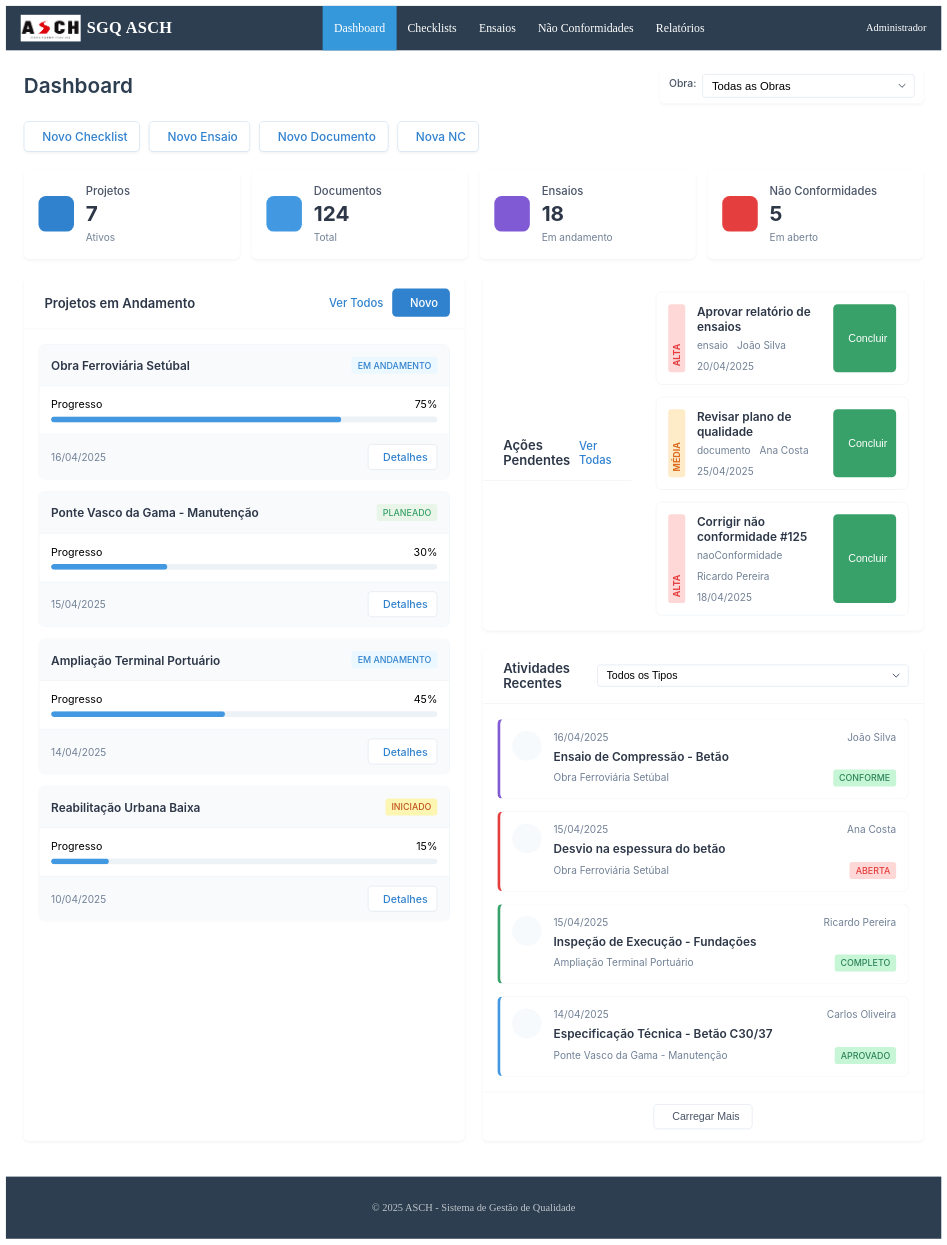
Repository: aschinfraestructuras/asch-quality-system
Page: / (app in client/)
An editor plug-in stored every save of this project. The page is shown before and after a run of saves, followed by the edit.
The browser window is 1280 px wide. The pictures show the whole page, at 74% of full size.
The project was rebuilt for these pictures with package versions that can differ from the ones it lists, and the page was loaded fresh each time. Also part of the build but not shown: client/vite.config.ts, client/src/styles/Checklists.css, client/src/styles/NewChecklist.css, client/src/pages/NewChecklist.tsx, client/src/styles/ViewChecklist.css, client/src/styles/EvidenceUploader.css, client/src/components/EvidenceUploader.tsx, client/src/pages/ViewChecklist.tsx and 29 more. Imported but missing from the stored project, and not drawn on this page: client/src/pages/NewDocumento, client/src/pages/NewRFI, client/src/pages/ViewRFI.

Above is the page before, as saved 2025-04-18 13:20:42.

### client/index.html
<!DOCTYPE html>
<html lang="pt-PT">
  <head>
    <meta charset="UTF-8" />
    <link rel="icon" type="image/svg+xml" href="/favicon.ico" />
    <meta name="viewport" content="width=device-width, initial-scale=1.0" />
    <title>Sistema de Gestão de Qualidade ASCH</title>
  </head>
  <body>
    <div id="root"></div>
    <script type="module" src="/src/main.tsx"></script>
  </body>
</html>

### client/src/main.tsx
import React from 'react';
import ReactDOM from 'react-dom/client';
import App from './App';
// import './index.css';

// Obter o elemento root e verificar se existe
const rootElement = document.getElementById('root');

// Verificar se o elemento existe antes de criar a raiz
if (rootElement) {
  ReactDOM.createRoot(rootElement).render(
    <React.StrictMode>
      <App />
    </React.StrictMode>
  );
} else {
  console.error('Elemento com ID "root" não encontrado no DOM!');
}

### client/src/App.tsx

import React from 'react';
import { BrowserRouter, Routes, Route, Navigate } from 'react-router-dom';
import DashboardV2 from './pages/DashboardV2';
import Checklists from './pages/Checklists';
import EnsaioRoutes from './components/EnsaioRoutes';
import NaoConformidadesRoutes from './components/NaoConformidadesRoutes';
import DocumentosRoutes from './components/DocumentosRoutes'; // Nova importação
import Relatorios from './pages/Relatorios';
import Navbar from './components/Navbar';
import './styles/App.css';

const App: React.FC = () => {
  return (
    <BrowserRouter>
      <div className="app-container">
        {/* Barra de Navegação */}
        <header>
          <Navbar />
        </header>

        {/* Conteúdo Principal */}
        <main className="content-container">
          <Routes>
            {/* Redireciona "/" para "/dashboard" */}
            <Route path="/" element={<Navigate to="/dashboard" replace />} />
            <Route path="/dashboard" element={<DashboardV2 />} />
            <Route path="/checklists/*" element={<Checklists />} />
            <Route path="/ensaios/*" element={<EnsaioRoutes />} />
            <Route path="/nao-conformidades/*" element={<NaoConformidadesRoutes />} />
            <Route path="/documentos/*" element={<DocumentosRoutes />} /> {/* Nova rota */}
            <Route path="/relatorios/*" element={<Relatorios />} />

            {/* Página não encontrada */}
            <Route path="*" element={<h1 style={{ padding: '2rem' }}>Página não encontrada</h1>} />
          </Routes>
        </main>

        {/* Rodapé */}
        <footer className="app-footer">
          <p>© 2025 ASCH - Sistema de Gestão de Qualidade</p>
        </footer>
      </div>
    </BrowserRouter>
  );
};

export default App;

### client/src/components/Navbar.tsx

import { Link, useLocation } from 'react-router-dom';
import '../styles/Navbar.css';
import logoASCH from '../assets/logo-asch.png';

const Navbar = () => {
  const location = useLocation();

  const isActive = (path: string) => {
    if (path === '/') {
      return location.pathname === '/' || location.pathname === '/dashboard';
    }
    return location.pathname.startsWith(path);
  };

  return (
    <nav className="navbar">
      <div className="navbar-brand">
        <Link to="/" className="logo-link">
          <img src={logoASCH} alt="ASCH Logo" className="logo-img" />
          <span className="logo-text">SGQ ASCH</span>
        </Link>
      </div>

      <ul className="navbar-menu">
        <li className={isActive('/dashboard') ? 'active' : ''}>
          <Link to="/dashboard">Dashboard</Link>
        </li>
        <li className={isActive('/checklists') ? 'active' : ''}>
          <Link to="/checklists">Checklists</Link>
        </li>
        <li className={isActive('/ensaios') ? 'active' : ''}>
          <Link to="/ensaios">Ensaios</Link>
        </li>
        <li className={isActive('/nao-conformidades') ? 'active' : ''}>
          <Link to="/nao-conformidades">Não Conformidades</Link>
        </li>
        <li className={isActive('/relatorios') ? 'active' : ''}>
          <Link to="/relatorios">Relatórios</Link>
        </li>
      </ul>

      <div className="navbar-user">
        <span>Administrador</span>
      </div>
    </nav>
  );
};

export default Navbar;

### client/src/styles/App.css
/* Cores do Sistema conforme especificação */
:root {
  --primary-color: #2C3E50;
  --secondary-color: #95A5A6;
  --success-color: #27AE60;
  --danger-color: #E74C3C;
  --warning-color: #F39C12;
  --info-color: #3498DB;
  --light-color: #ECF0F1;
  --dark-color: #34495E;
  --shadow: 0 4px 6px rgba(0, 0, 0, 0.1);
}

.app {
  display: flex;
  flex-direction: column;
  min-height: 100vh;
  background-color: #F5F7FA;
}

/* Header e Navegação */
.app-header {
  background-color: var(--primary-color);
  color: white;
  padding: 0 20px;
  display: flex;
  justify-content: space-between;
  align-items: center;
  height: 64px;
  box-shadow: var(--shadow);
  position: sticky;
  top: 0;
  z-index: 100;
}

.logo {
  display: flex;
  align-items: center;
}

.logo-text {
  font-size: 22px;
  font-weight: 700;
  letter-spacing: 0.5px;
}

.main-nav {
  display: flex;
  gap: 5px;
  height: 100%;
}

.main-nav a {
  color: rgba(255, 255, 255, 0.85);
  text-decoration: none;
  padding: 0 15px;
  font-size: 15px;
  display: flex;
  align-items: center;
  height: 100%;
  transition: all 0.2s;
  position: relative;
}

.main-nav a:hover {
  color: white;
  background-color: rgba(255, 255, 255, 0.1);
}

.main-nav a.active {
  color: white;
  font-weight: 500;
}

.main-nav a.active::after {
  content: '';
  position: absolute;
  bottom: 0;
  left: 0;
  width: 100%;
  height: 3px;
  background-color: var(--info-color);
}

.user-menu {
  display: flex;
  align-items: center;
  gap: 10px;
}

.user-info {
  display: flex;
  flex-direction: column;
  align-items: flex-end;
}

.user-name {
  font-size: 14px;
  font-weight: 500;
}

.user-role {
  font-size: 12px;
  color: rgba(255, 255, 255, 0.7);
}

.user-avatar {
  width: 36px;
  height: 36px;
  border-radius: 50%;
  background-color: var(--info-color);
  display: flex;
  align-items: center;
  justify-content: center;
  font-weight: 600;
  font-size: 16px;
}

/* Conteúdo principal */
.app-content {
  flex: 1;
  padding: 20px;
  max-width: 1600px;
  width: 100%;
  margin: 0 auto;
}

/* Footer */
.app-footer {
  background-color: var(--primary-color);
  color: rgba(255, 255, 255, 0.7);
  padding: 20px;
  text-align: center;
  font-size: 14px;
}

.footer-content {
  display: flex;
  justify-content: space-between;
  max-width: 1600px;
  margin: 0 auto;
}

/* Página de Erro 404 */
.not-found {
  text-align: center;
  padding: 50px 20px;
  max-width: 600px;
  margin: 50px auto;
  background-color: white;
  border-radius: 8px;
  box-shadow: var(--shadow);
}

.not-found h1 {
  color: var(--primary-color);
  font-size: 32px;
  margin-bottom: 20px;
}

.not-found p {
  color: var(--secondary-color);
  margin-bottom: 30px;
  font-size: 16px;
}

.btn-primary {
  display: inline-block;
  background-color: var(--primary-color);
  color: white;
  padding: 10px 20px;
  border-radius: 4px;
  text-decoration: none;
  font-weight: 500;
  transition: background-color 0.2s;
}

.btn-primary:hover {
  background-color: var(--dark-color);
}

/* Responsividade */
@media (max-width: 768px) {
  .app-header {
    flex-direction: column;
    height: auto;
    padding: 10px;
  }

  .main-nav {
    width: 100%;
    overflow-x: auto;
    margin: 10px 0;
  }

  .user-menu {
    width: 100%;
    justify-content: flex-end;
    padding: 10px 0;
  }

  .footer-content {
    flex-direction: column;
    gap: 10px;
  }
}

@media (max-width: 480px) {
  .main-nav a {
    padding: 0 10px;
    font-size: 14px;
  }

  .user-info {
    display: none;
  }
}

### client/src/styles/Navbar.css
/* Estilos para o componente Navbar */

.navbar {
  display: flex;
  align-items: center;
  justify-content: space-between;
  background-color: #2c3e50;
  padding: 0 20px;
  height: 60px;
  color: white;
}

.navbar-brand {
  display: flex;
  align-items: center;
  font-size: 20px;
  font-weight: 700;
}

.logo-link {
  display: flex;
  align-items: center;
  text-decoration: none;
}

.logo-img {
  height: 36px;
  margin-right: 8px;
  object-fit: contain;
}

.logo-text {
  font-size: 18px;
  font-weight: bold;
  color: white;
}

.navbar-menu {
  display: flex;
  list-style: none;
  margin: 0;
  padding: 0;
  height: 100%;
}

.navbar-menu li {
  height: 100%;
  display: flex;
  align-items: center;
}

.navbar-menu li a {
  color: white;
  text-decoration: none;
  padding: 0 15px;
  height: 100%;
  display: flex;
  align-items: center;
  transition: background-color 0.3s;
}

.navbar-menu li:hover a {
  background-color: #34495e;
}

.navbar-menu li.active a {
  background-color: #3498db;
}

.navbar-user {
  font-size: 14px;
}

/* Responsive styles - MOBILE */
@media (max-width: 768px) {
  .navbar {
    flex-direction: column;
    height: auto;
    padding: 10px;
  }

  .navbar-brand {
    margin-bottom: 10px;
  }

  .navbar-menu {
    flex-direction: column;
    width: 100%;
  }

  .navbar-menu li {
    width: 100%;
  }

  .navbar-menu li a {
    padding: 10px 15px;
    width: 100%;
    justify-content: center;
  }

  .navbar-user {
    margin-top: 10px;
  }
}

/* Responsive styles - DESKTOP (forçar horizontal) */
@media (min-width: 769px) {
  .navbar {
    flex-direction: row;
    height: 60px;
    padding: 0 20px;
  }
}

### client/src/styles/NewEnsaio.css
/* Estilos para a página de Novo Ensaio */

.new-ensaio-container {
    max-width: 1200px;
    margin: 0 auto;
    padding: 20px;
  }

  .new-ensaio-header {
    display: flex;
    justify-content: space-between;
    align-items: center;
    margin-bottom: 30px;
  }

  .new-ensaio-header h1 {
    color: #2c3e50;
    font-size: 28px;
    margin: 0;
  }

  .cancel-btn {
    background-color: #7f8c8d;
    color: white;
    border: none;
    padding: 10px 20px;
    border-radius: 4px;
    font-weight: 600;
    cursor: pointer;
    transition: background-color 0.3s;
  }

  .cancel-btn:hover {
    background-color: #95a5a6;
  }

  /* Barra de progresso */
  .progress-bar {
    display: flex;
    justify-content: space-between;
    align-items: center;
    margin-bottom: 30px;
    position: relative;
    max-width: 800px;
    margin-left: auto;
    margin-right: auto;
  }

  .progress-step {
    display: flex;
    flex-direction: column;
    align-items: center;
    z-index: 1;
  }

  .step-number {
    width: 40px;
    height: 40px;
    border-radius: 50%;
    background-color: #ecf0f1;
    border: 2px solid #bdc3c7;
    display: flex;
    justify-content: center;
    align-items: center;
    font-weight: bold;
    color: #7f8c8d;
    margin-bottom: 8px;
  }

  .progress-step.active .step-number {
    background-color: #3498db;
    border-color: #2980b9;
    color: white;
  }

  .step-label {
    font-size: 14px;
    color: #7f8c8d;
    font-weight: 600;
  }

  .progress-step.active .step-label {
    color: #2c3e50;
  }

  .progress-line {
    height: 2px;
    background-color: #bdc3c7;
    flex-grow: 1;
    position: relative;
    top: -20px;
    z-index: 0;
  }

  /* Estilos para os passos */
  .step-container {
    background-color: #fff;
    border-radius: 8px;
    padding: 30px;
    box-shadow: 0 2px 10px rgba(0, 0, 0, 0.05);
    margin-bottom: 30px;
  }

  .step-container h2 {
    margin-top: 0;
    margin-bottom: 25px;
    color: #2c3e50;
    font-size: 22px;
    border-bottom: 1px solid #eee;
    padding-bottom: 15px;
  }

  /* Formulários */
  .form-group {
    margin-bottom: 20px;
  }

  .form-row {
    display: flex;
    gap: 20px;
    margin-bottom: 20px;
  }

  .form-row .form-group {
    flex: 1;
    margin-bottom: 0;
  }

  label {
    display: block;
    margin-bottom: 8px;
    font-weight: 600;
    color: #333;
  }

  input[type="text"],
  input[type="date"],
  select,
  textarea {
    width: 100%;
    padding: 10px 12px;
    border: 1px solid #ddd;
    border-radius: 4px;
    font-size: 14px;
  }

  textarea {
    resize: vertical;
    min-height: 80px;
  }

  .readonly-input {
    background-color: #f9f9f9;
    cursor: not-allowed;
  }

  /* Seleção de tipo de ensaio */
  .ensaio-categories {
    display: flex;
    flex-direction: column;
    gap: 30px;
  }

  .ensaio-category h3 {
    margin-top: 0;
    margin-bottom: 15px;
    color: #2c3e50;
    font-size: 18px;
  }

  .ensaio-types {
    display: flex;
    flex-wrap: wrap;
    gap: 15px;
  }

  .ensaio-type-card {
    background-color: #f9f9f9;
    border: 2px solid #e5e5e5;
    border-radius: 6px;
    padding: 15px;
    flex: 1;
    min-width: 220px;
    max-width: 280px;
    cursor: pointer;
    transition: all 0.3s;
  }

  .ensaio-type-card:hover {
    background-color: #f0f7fb;
    border-color: #bedcf0;
  }

  .ensaio-type-card.selected {
    background-color: #ebf7fd;
    border-color: #3498db;
    box-shadow: 0 2px 8px rgba(52, 152, 219, 0.2);
  }

  .ensaio-type-card h4 {
    margin-top: 0;
    margin-bottom: 10px;
    color: #2c3e50;
  }

  .norm-reference {
    color: #7f8c8d;
    font-size: 13px;
    margin: 0;
  }

  /* Equipamentos */
  .equipment-options {
    display: grid;
    grid-template-columns: repeat(auto-fill, minmax(250px, 1fr));
    gap: 10px;
    max-height: 200px;
    overflow-y: auto;
    border: 1px solid #ddd;
    border-radius: 4px;
    padding: 15px;
  }

  .equipment-option {
    display: flex;
    align-items: center;
  }

  .equipment-option input[type="checkbox"] {
    margin-right: 8px;
  }

  /* Amostras */
  .samples-container {
    display: flex;
    flex-direction: column;
    gap: 20px;
  }

  .sample-card {
    background-color: #f9f9f9;
    border: 1px solid #ddd;
    border-radius: 6px;
    padding: 20px;
  }

  .sample-header {
    display: flex;
    justify-content: space-between;
    align-items: center;
    margin-bottom: 15px;
  }

  .sample-header h3 {
    margin: 0;
    color: #2c3e50;
    font-size: 18px;
  }

  .remove-sample-btn {
    background-color: #e74c3c;
    color: white;
    border: none;
    padding: 5px 10px;
    border-radius: 4px;
    cursor: pointer;
    font-size: 12px;
  }

  .add-sample-btn {
    background-color: #3498db;
    color: white;
    border: none;
    padding: 10px 15px;
    border-radius: 4px;
    cursor: pointer;
    align-self: flex-start;
    font-weight: 600;
  }

  /* Resultados */
  .results-table {
    width: 100%;
    border-collapse: collapse;
    margin-bottom: 30px;
  }

  .results-table th {
    background-color: #2c3e50;
    color: white;
    text-align: left;
    padding: 12px 15px;
    font-weight: 600;
  }

  .results-table td {
    padding: 12px 15px;
    border-bottom: 1px solid #eee;
  }

  .results-table input {
    width: 100%;
    padding: 8px;
    border: 1px solid #ddd;
    border-radius: 4px;
  }

  .conformity-cell {
    text-align: center;
  }

  .conformity-badge {
    display: inline-block;
    padding: 5px 10px;
    border-radius: 12px;
    font-size: 12px;
    font-weight: 600;
  }

  .conformity-badge.conform {
    background-color: #27ae60;
    color: white;
  }

  .conformity-badge.non-conform {
    background-color: #e74c3c;
    color: white;
  }

  /* Resumo */
  .summary-section {
    background-color: #f9f9f9;
    border-radius: 6px;
    padding: 20px;
    margin-top: 30px;
  }

  .summary-section h3 {
    margin-top: 0;
    margin-bottom: 15px;
    color: #2c3e50;
  }

  .summary-details {
    display: grid;
    grid-template-columns: repeat(auto-fill, minmax(300px, 1fr));
    gap: 15px;
  }

  .summary-item {
    display: flex;
  }

  .summary-label {
    font-weight: 600;
    margin-right: 10px;
    min-width: 180px;
  }

  /* Anexos */
  .attachment-upload {
    display: flex;
    align-items: center;
    gap: 15px;
  }

  .file-input {
    width: 0.1px;
    height: 0.1px;
    opacity: 0;
    overflow: hidden;
    position: absolute;
    z-index: -1;
  }

  .file-label {
    background-color: #3498db;
    color: white;
    padding: 10px 15px;
    border-radius: 4px;
    cursor: pointer;
    display: inline-block;
    font-weight: 600;
  }

  .file-info {
    color: #7f8c8d;
    font-size: 14px;
  }

  /* Navegação de formulário */
  .form-navigation {
    display: flex;
    justify-content: space-between;
    margin-top: 30px;
  }

  .prev-btn, .next-btn, .submit-btn {
    padding: 12px 25px;
    border-radius: 4px;
    font-weight: 600;
    cursor: pointer;
    border: none;
  }

  .prev-btn {
    background-color: #ecf0f1;
    color: #2c3e50;
  }

  .next-btn, .submit-btn {
    background-color: #3498db;
    color: white;
  }

  .submit-btn {
    background-color: #27ae60;
  }

  .prev-btn:hover {
    background-color: #dde4e6;
  }

  .next-btn:hover {
    background-color: #2980b9;
  }

  .submit-btn:hover {
    background-color: #219653;
  }

  button:disabled {
    opacity: 0.6;
    cursor: not-allowed;
  }

  /* Responsividade */
  @media (max-width: 768px) {
    .form-row {
      flex-direction: column;
      gap: 15px;
    }

    .ensaio-type-card {
      min-width: 0;
      max-width: none;
    }

    .summary-details {
      grid-template-columns: 1fr;
    }

    .equipment-options {
      grid-template-columns: 1fr;
    }
  }

Loaded but not shown: client/src/pages/DashboardV2.tsx (601 lines, source omitted); client/src/styles/DashboardV2.css (689 lines, source omitted); client/src/styles/ViewEnsaio.css (756 lines, source omitted); client/src/styles/LabIntegration.css (517 lines, source omitted); client/src/services/supabaseClient.ts (empty)

After the next 2 saves:
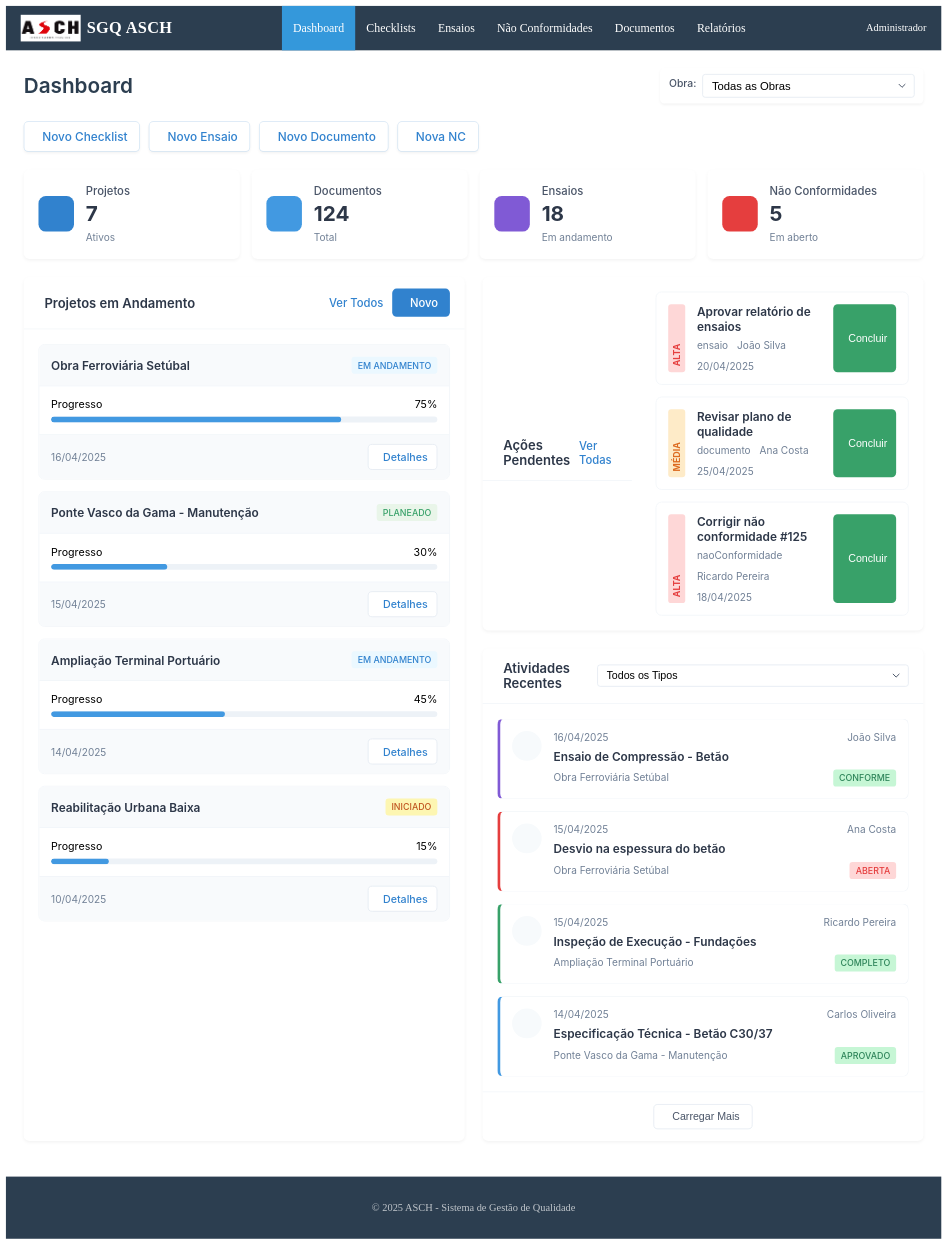
The 2 saves are shown as one change because they came seconds apart.
The last was saved 44 s later.
--- a/client/src/components/Navbar.tsx
+++ b/client/src/components/Navbar.tsx
@@ -1,4 +1,3 @@
-
 import { Link, useLocation } from 'react-router-dom';
 import '../styles/Navbar.css';
 import logoASCH from '../assets/logo-asch.png';
@@ -35,6 +34,9 @@ const Navbar = () => {
         <li className={isActive('/nao-conformidades') ? 'active' : ''}>
           <Link to="/nao-conformidades">Não Conformidades</Link>
         </li>
+        <li className={isActive('/documentos') ? 'active' : ''}>
+          <Link to="/documentos">Documentos</Link>
+        </li>
         <li className={isActive('/relatorios') ? 'active' : ''}>
           <Link to="/relatorios">Relatórios</Link>
         </li>
